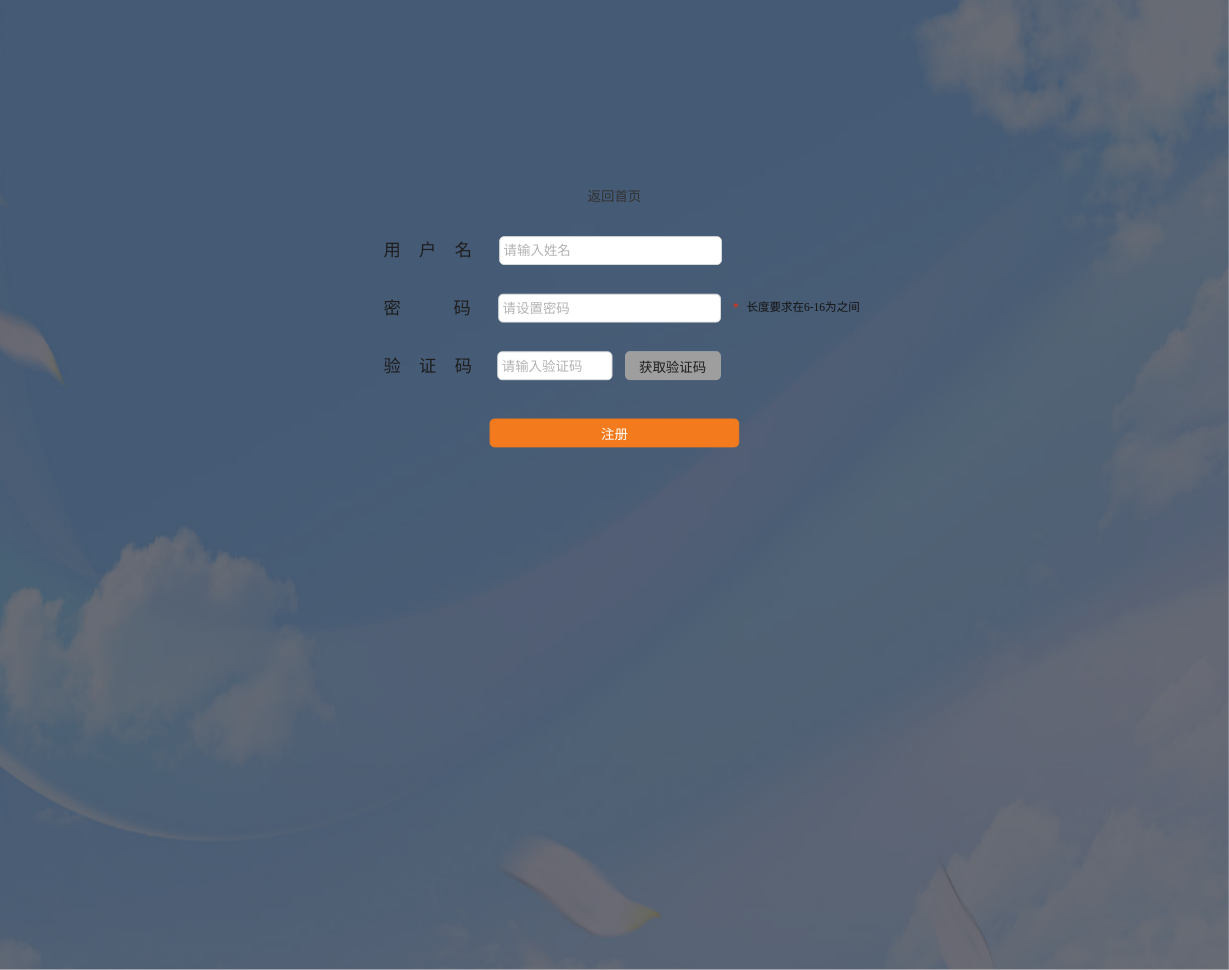
Repository: Beanzheng/preEeather
Page: preWeather/WebContent/html/frontweb/web/register.html
The author's editor kept a copy of each file at every save. The page is drawn from the files as they stood at one save, then again after the next save.
The browser window is 1280 px wide. The pictures show the whole page, at 96% of full size.
Pictures or frames that could not be fetched are drawn as grey boxes.

Above is the page before, as saved 2018-05-29 07:25:39.

After the next save:
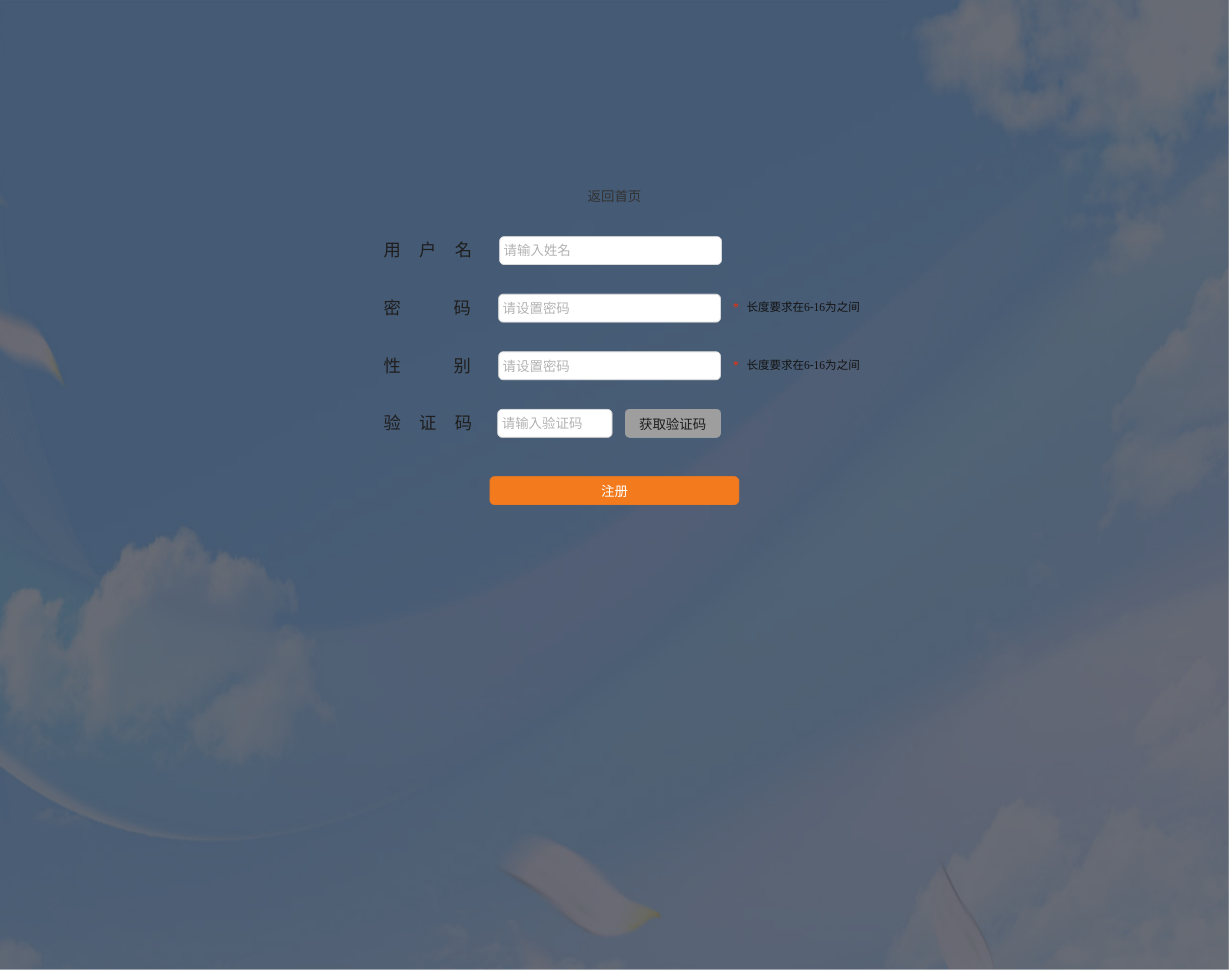
Saved 75 s later.
--- a/preWeather/WebContent/html/frontweb/web/register.html
+++ b/preWeather/WebContent/html/frontweb/web/register.html
@@ -22,6 +22,14 @@
             <div class="mt-30">
                 <label><span style="margin-left: 77px;">密</span><span style="margin-left: 55px">码</span></label>
                 <input type="password"  class="input-text size-M" style="margin-left: 25px" id="password" placeholder="请设置密码" name="password">
+					<span id="passwdlabel">
+								<span class="ml-10" style="color: #ff2b00;">*</span>
+								<span class="f-12 ml-5" style="color: #141414;">长度要求在6-16为之间</span>
+							</span>
+            </div>
+            <div class="mt-30">
+                <label><span style="margin-left: 77px;">性</span><span style="margin-left: 55px">别</span></label>
+                <input type="text"  class="input-text size-M" style="margin-left: 25px" id="password" placeholder="请设置密码" name="sex">
 					<span id="passwdlabel">
 								<span class="ml-10" style="color: #ff2b00;">*</span>
 								<span class="f-12 ml-5" style="color: #141414;">长度要求在6-16为之间</span>
